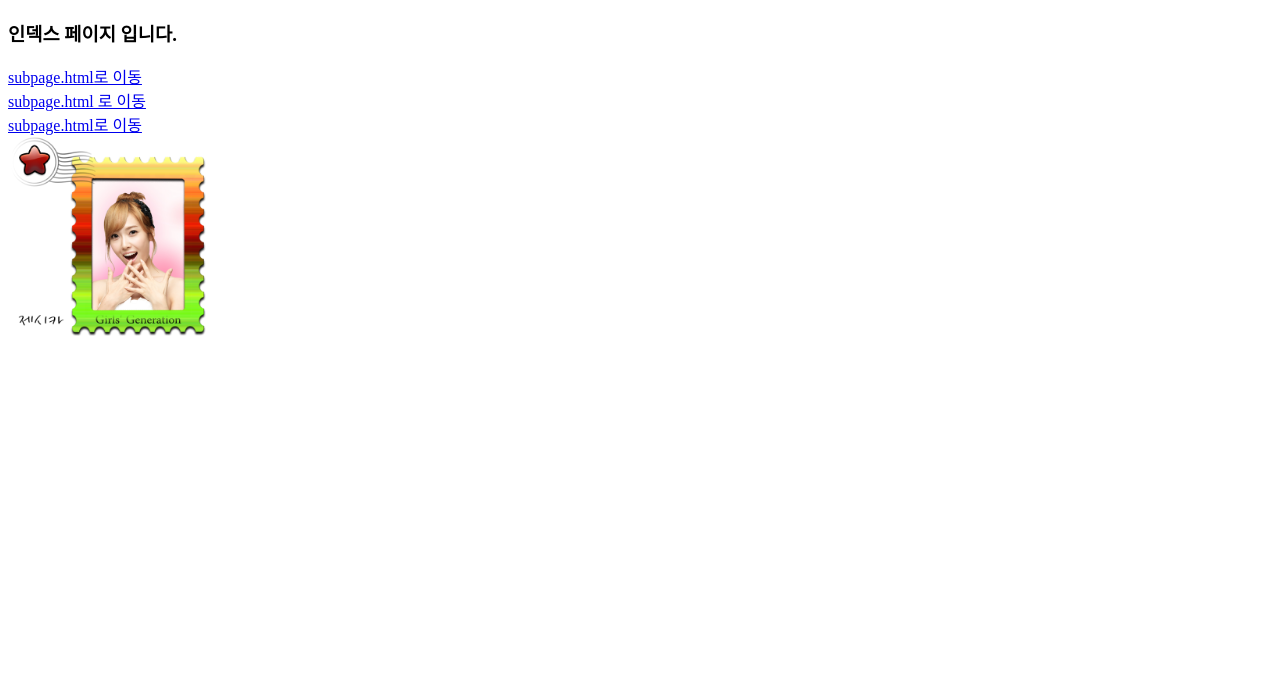
Repository: hyunhee7/web_work
Page: Step01_Path/WebContent/index.html
These files come from the project's save history. The page is drawn as it stood at one moment and after the next save; the edit follows.
The browser window is 1280 px wide. The pictures show the whole page.

Above is the page before, as saved 2017-06-20 03:03:37.

After the next save:
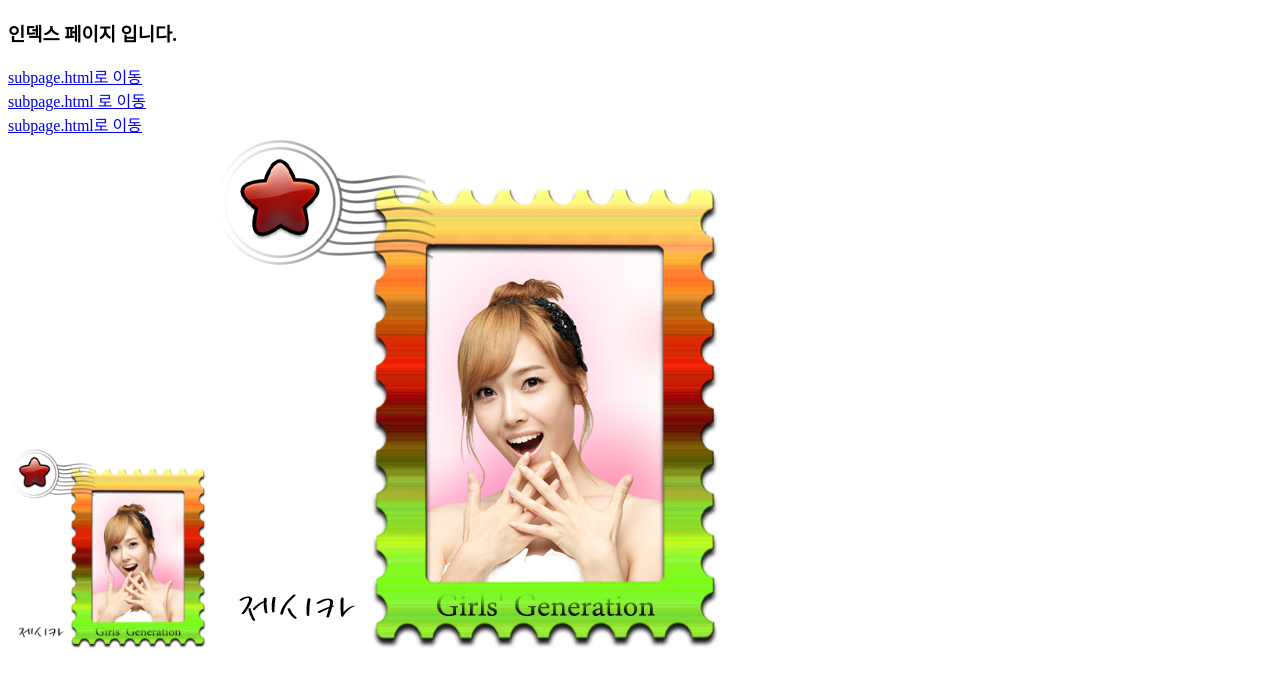
Saved 41 s later.
--- a/Step01_Path/WebContent/index.html
+++ b/Step01_Path/WebContent/index.html
@@ -14,5 +14,6 @@
 	<a href="http://localhost:8888/Step01_Path/path1/subpage.html">subpage.html로 이동</a> <br/>
 	<!-- images 폴더의 image1.png 이미지를 출력해보세요 -->
 	<img src="images/image1.png"  width="200"'/>
+	<img src="/Step01_Path/WebContent/images/image1.png" alt="" />
 </body>
 </html>
